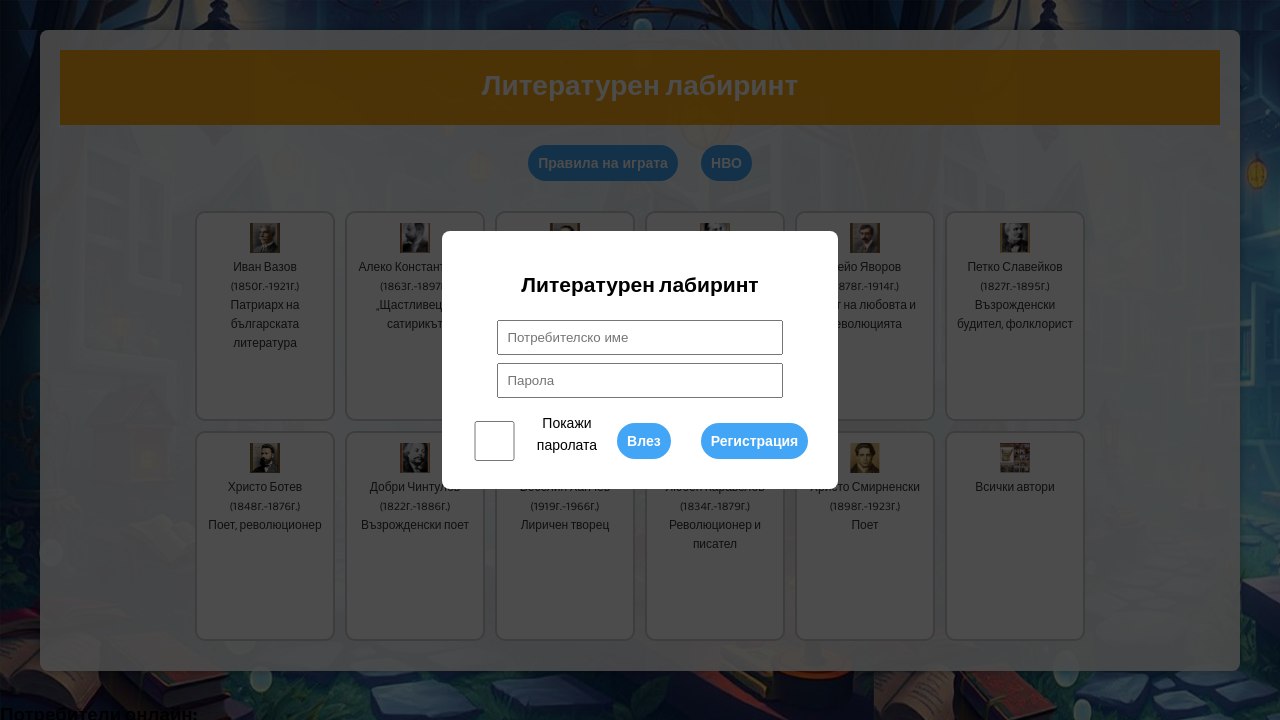
Repository: LY1177/litmaze
Page: public/index.html
The author's editor kept a copy of each file at every save. The page is drawn from the files as they stood at one save, then again after the next save.
The browser window is 1280 px wide. The pictures show the window.
The page's requests for data from a server got no answer. A layer covers the whole window, so only the first screen is drawn. Backgrounds fixed to the window are drawn as part of the page.

Above is the page before, as saved 2025-05-01 22:53:23.

### public/index.html
<!DOCTYPE html>
<html lang="bg">
<head>
  <meta charset="UTF-8">
  <!-- Респонсив meta tag -->
  <meta name="viewport" content="width=device-width, initial-scale=1.0">
  <title>Литературен лабиринт – Escape Room</title>
  <!-- шрифт от Google Fonts -->
  <link href="https://fonts.googleapis.com/css2?family=Baloo+2:wght@400;700&display=swap" rel="stylesheet">
  <link rel="stylesheet" href="styles.css">
  <script src="script.js" defer></script>
</head>
<body>
  <!-- <div id="user-info" style="display:none; margin-bottom:1em;">
    Добре дошъл, <strong><span id="display-username"></span></strong>!
    Точки: <strong><span id="score">0</span></strong>
  </div> -->

  <!-- Главен контейнер, който ограничава ширината на проекта (не е full-screen) -->
  <div id="main-container">

    <!-- 1) Логин модал -->
    <div id="login-modal" class="modal visible">
      <div class="modal-content">
        <h2>Литературен лабиринт</h2>

        <input type="text" id="username" placeholder="Потребителско име">
        <input type="password" id="password" placeholder="Парола">
        <div class="modal-buttons">
        <input type="checkbox" onclick="ShowLoginPassword()" class="passbox">Покажи паролата
        <button id="login-btn" class="btn">Влез</button>
        <button id="open-register-from-login" class="btn">Регистрация</button>
      </div>
      </div>
    </div>
    <!-- Регистрационен модал -->
    <div id="register-modal" class="modal hidden">
      <div class="modal-content">
        <h2>Регистрация</h2>
        <input type="text"    id="register-username" placeholder="Потребителско име">
        <input type="email"   id="register-email"    placeholder="Имейл">
        <input type="password" id="register-password" placeholder="Парола">
        <div class="modal-buttons">
          <input type="checkbox" onclick="ShowRegisterPassword()" class="passbox">Покажи паролата
          <button id="register-btn"        class="btn">Регистрация</button>
          <button id="close-register-btn"  class="btn">Затвори</button>
        </div>
      </div>
    </div>


    <!-- 2) Екран за лабиринта (скрит по начало) -->
    <div id="game-container" class="screen hidden">

      <header id="top-bar">
        <h1 id="labyrinth-title">Лабиринт</h1>
        <div id="user-info">

          Ниво: <span id="current-level">1</span> |

            Добре дошъл, Потребител: <span id="display-username"></span> |<strong><span id="display-username"></span></strong>!
            Точки: <strong><span id="score">0</span></strong>

        </div>
        <div id="button-row">
          <button id="back-to-authors" class="nav-btn">Назад към авторите</button>
          <button id="next-level" class="nav-btn hidden">Следващо ниво</button>
          <!-- Бутон за управление на фоновата музика -->
          <button id="music-toggle-btn" class="btn">Пауза музика</button>
        <label for="volume-control">Сила на звука:</label>
        <input type="range" id="volume-control" min="0" max="1" step="0.01" value="0.2">
      </div>
      </header>

      <!-- Контейнер за лабиринта -->
      <div id="maze-container-active">
        <div id="maze-active"></div>
        <!-- Героят (🙂), центриран в клетката -->
        <div id="hero"></div>
      </div>
    </div>

    <!-- 3) Екран за избор на автори (флип карти) -->
    <div id="author-selection" class="screen">
      <h2>Литературен лабиринт</h2>
      <div class="rules-btn-container">
  <button id="rules-btn" class="btn">Правила на играта</button>
  <button id="nvo-btn" class="btn">НВО</button>
 </div>


      <!-- Мрежа с 12 карти -->
      <div class="card-container">
        <!-- Карта 1: Иван Вазов -->
        <div class="card" data-author="vazov">
          <div class="card-inner">
            <div class="card-front">
              <img src="images/vazov.jpg" alt="Иван Вазов">
                <p class="portrait-text">Иван Вазов</p>
                <p class="portrait-text">(1850г.-1921г.)</p>
                <p class="portrait-text">Патриарх на българската литература</p>

            </div>
            <div class="card-back">
              <p>Лабиринт – Иван Вазов</p>
              <button class="enter-btn btn">Вход</button>
            </div>
          </div>
        </div>

        <!-- Карта 2: Алеко Константинов -->
        <div class="card" data-author="aleko">
          <div class="card-inner">
            <div class="card-front">
              <img src="images/aleko.jpg" alt="Алеко Константинов">
              <p class="portrait-text">Алеко Константинов</p>
              <p class="portrait-text">(1863г.-1897г.)</p>
              <p class="portrait-text">„Щастливеца“, сатирикът</p>

            </div>
            <div class="card-back">
              <p>Лабиринт – Алеко Константинов</p>
              <button class="enter-btn btn">Вход</button>
            </div>
          </div>
        </div>

        <!-- Карта 3: Елин Пелин -->
        <div class="card" data-author="pelin">
          <div class="card-inner">
            <div class="card-front">
              <img src="images/pelin.jpg" alt="Елин Пелин">
              <p class="portrait-text">Елин Пелин</p>
              <p class="portrait-text">(1877г.-1949г.)</p>
              <p class="portrait-text">Майстор на късия разказ</p>
            </div>
            <div class="card-back">
              <p>Лабиринт – Елин Пелин</p>
              <button class="enter-btn btn">Вход</button>
            </div>
          </div>
        </div>

        <!-- Карта 4: Йордан Йовков -->
        <div class="card" data-author="yordan">
          <div class="card-inner">
            <div class="card-front">
              <img src="images/yordan.jpg" alt="Йордан Йовков">
              <p class="portrait-text">Йордан Йовков</p>
              <p class="portrait-text">(1880г.-1937г.)</p>
              <p class="portrait-text">Хуманистът,<br>„Певец на добротата“</p>
            </div>
            <div class="card-back">
              <p>Лабиринт – Йордан Йовков</p>
              <button class="enter-btn btn">Вход</button>
            </div>
          </div>
        </div>

        <!-- Карта 5: Пейо Яворов -->
        <div class="card" data-author="peyo">
          <div class="card-inner">
            <div class="card-front">
              <img src="images/peyo.jpg" alt="Пейо Яворов">
              <p class="portrait-text">Пейо Яворов</p>
              <p class="portrait-text">(1878г.-1914г.)</p>
              <p class="portrait-text">Поет на любовта и революцията</p>
            </div>
            <div class="card-back">
              <p>Лабиринт – Пейо Яворов</p>
              <button class="enter-btn btn">Вход</button>
            </div>
          </div>
        </div>

        <!-- Карта 6: Петко Славейков -->
        <div class="card" data-author="petko">
          <div class="card-inner">
            <div class="card-front">
              <img src="images/petko.jpg" alt="Петко Славейков">
              <p class="portrait-text">Петко Славейков</p>
              <p class="portrait-text">(1827г.-1895г.)</p>
              <p class="portrait-text">Възрожденски будител, фолклорист</p>
            </div>
            <div class="card-back">
              <p>Лабиринт – Петко Славейков</p>
              <button class="enter-btn btn">Вход</button>
            </div>
          </div>
        </div>

        <!-- Карта 7: Христо Ботев -->
        <div class="card" data-author="hristo">
          <div class="card-inner">
            <div class="card-front">
              <img src="images/hristo.jpg" alt="Христо Ботев">
              <p class="portrait-text">Христо Ботев</p>
              <p class="portrait-text">(1848г.-1876г.)</p>
              <p class="portrait-text">Поет, революционер </p>
            </div>
            <div class="card-back">
              <p>Лабиринт – Христо Ботев</p>
              <button class="enter-btn btn">Вход</button>
            </div>
          </div>
        </div>

        <!-- Карта 8: Добри Чинтулов -->
        <div class="card" data-author="dobri">
          <div class="card-inner">
            <div class="card-front">
              <img src="images/dobri.jpg" alt="Добри Чинтулов">
              <p class="portrait-text">Добри Чинтулов</p>
              <p class="portrait-text">(1822г.-1886г.)</p>
              <p class="portrait-text">Възрожденски поет</p>
            </div>
            <div class="card-back">
              <p>Лабиринт – Добри Чинтулов</p>
              <button class="enter-btn btn">Вход</button>
            </div>
          </div>
        </div>

        <!-- Карта 9: Веселин Ханчев -->
        <div class="card" data-author="veselin">
          <div class="card-inner">
            <div class="card-front">
              <img src="images/veselin.jpg" alt="Веселин Ханчев">
              <p class="portrait-text">Веселин Ханчев</p>
              <p class="portrait-text">(1919г.-1966г.)</p>
                <p class="portrait-text">Лиричен творец</p>

            </div>
            <div class="card-back">
              <p>Лабиринт – Веселин Ханчев</p>
              <button class="enter-btn btn">Вход</button>
            </div>
          </div>
        </div>

        <!-- Карта 10: Любен Каравелов -->
        <div class="card" data-author="lyuben">
          <div class="card-inner">
            <div class="card-front">
              <img src="images/lyuben.jpg" alt="Любен Каравелов">
              <p class="portrait-text">Любен Каравелов</p>
              <p class="portrait-text">(1834г.-1879г.)</p>
              <p class="portrait-text">Революционер и писател</p>
            </div>
            <div class="card-back">
              <p>Лабиринт – Любен Каравелов</p>
              <button class="enter-btn btn">Вход</button>
            </div>
          </div>
        </div>

        <!-- Карта 11: Христо Смирненски -->
        <div class="card" data-author="smirnenski">
          <div class="card-inner">
            <div class="card-front">
              <img src="images/smirnenski.jpg" alt="Христо Смирненски">
              <p class="portrait-text">Христо Смирненски</p>
              <p class="portrait-text">(1898г.-1923г.)</p>
              <p class="portrait-text">Поет</p>
            </div>
            <div class="card-back">
              <p>Лабиринт – Христо Смирненски, вход</p>
              <button class="enter-btn btn">Вход</button>
            </div>
          </div>
        </div>

        <!-- Карта 12: Обобщение -->
        <div class="card" data-author="obobshtenie">
          <div class="card-inner">
            <div class="card-front">
              <img src="images/obobshtenie.jpg" alt="Обобщение">
              <p class="portrait-text">Всички автори</p>
            </div>
            <div class="card-back">
              <p>Лабиринт – Обобщение, вход</p>
              <button class="enter-btn btn">Вход</button>
            </div>
          </div>
        </div>

      </div><!-- .card-container -->
    </div><!-- #author-selection -->

    <!-- Модален прозорец за правилата на играта -->
    <div id="rules-modal" class="modal hidden">
      <div class="modal-content wide-modal">
        <h2>Правила на играта</h2>
        <p>
          1. Щракнете върху картата на избрания от вас автор, картата ще се завърти<br>
          2. На гърба на картата е бутона за вход в лабиринта.<br>
          3. Целта е да се стигне до изхода на лабиринта.<br>
          4. На входа има подсказка за началната посока на движение.<br>
          5. За да се придвижвате напред трябва да давате верни отговори на въпросите.<br>
          6. След всеки верен отговор ще получавате посоката на движение<br>
          7. Ако не отговорите правилно, ще можете да опитате отново.<br>
          8. Ако се върнете назад, ще видите съобщение: "Връщаш се назад..."<br>
          9. Забавлявайте се!
        </p>
        <button id="close-rules" class="btn">Затвори</button>
      </div>
    </div>

    <!-- Модален прозорец за въпроси -->
    <div id="question-modal" class="modal hidden">
      <div class="modal-content question-modal-content">
        <h2 id="question-title">Въпрос</h2>
        <div id="question-text"></div>
        <div id="question-answers"></div>
        <div class="modal-buttons">
          <button id="close-question-btn" class="btn">Затвори</button>
        </div>
      </div>
    </div>
    <!-- Модален прозорец за избор на година за НВО -->
<div id="nvo-modal" class="modal hidden">
  <div class="modal-content">
    <h2>Изберете година за НВО</h2>
    <select id="nvo-year-select">
      <option value="">-- Изберете година --</option>
      <option value="nvo2022">НВО 2022</option>
      <option value="nvo2023">НВО 2023</option>
      <option value="nvo2024">НВО 2024</option>

    </select>
    <div class="modal-buttons">
      <button id="nvo-select-btn" class="btn">Вход</button>
      <button id="nvo-close-btn" class="btn">Затвори</button>
    </div>
  </div>
</div>
<!-- Модален прозорец за показване на текста (пасаж) -->
<div id="passage-modal" class="modal hidden">
  <div class="modal-content">
    <h2>Текст</h2>
    <div id="passage-container"></div>
    <div class="modal-buttons">
      <button id="close-passage-btn" class="btn">Затвори</button>
    </div>
  </div>
</div>

  </div><!-- #main-container -->

<div id="fun-fact-modal" class="modal hidden">
  <div class="modal-content">
    <h2>💡Любопитен факт</h2>
    <div id="fun-fact-content"></div>
    <button id="close-fun-fact-btn" class="btn">Затвори</button>
  </div>
</div>
<h3>Потребители онлайн:</h3>
<ul id="online-list"></ul>


</body>
</html>

Loaded but not shown: public/script.js (1483 lines, source omitted); public/styles.css (706 lines, source omitted)

After the next save:
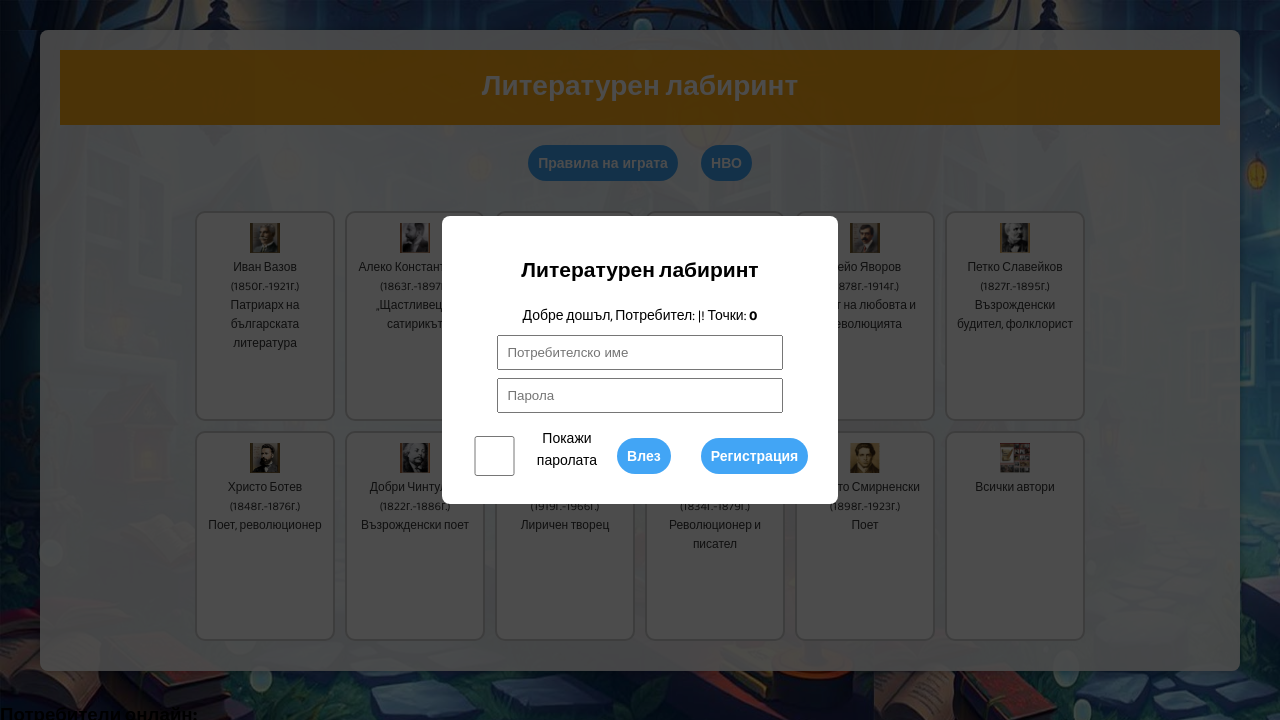
Saved 5 s later.
--- a/public/index.html
+++ b/public/index.html
@@ -23,7 +23,8 @@
     <div id="login-modal" class="modal visible">
       <div class="modal-content">
         <h2>Литературен лабиринт</h2>
-
+        Добре дошъл, Потребител: <span id="display-username"></span> |<strong><span id="display-username"></span></strong>!
+            Точки: <strong><span id="score">0</span></strong>
         <input type="text" id="username" placeholder="Потребителско име">
         <input type="password" id="password" placeholder="Парола">
         <div class="modal-buttons">
